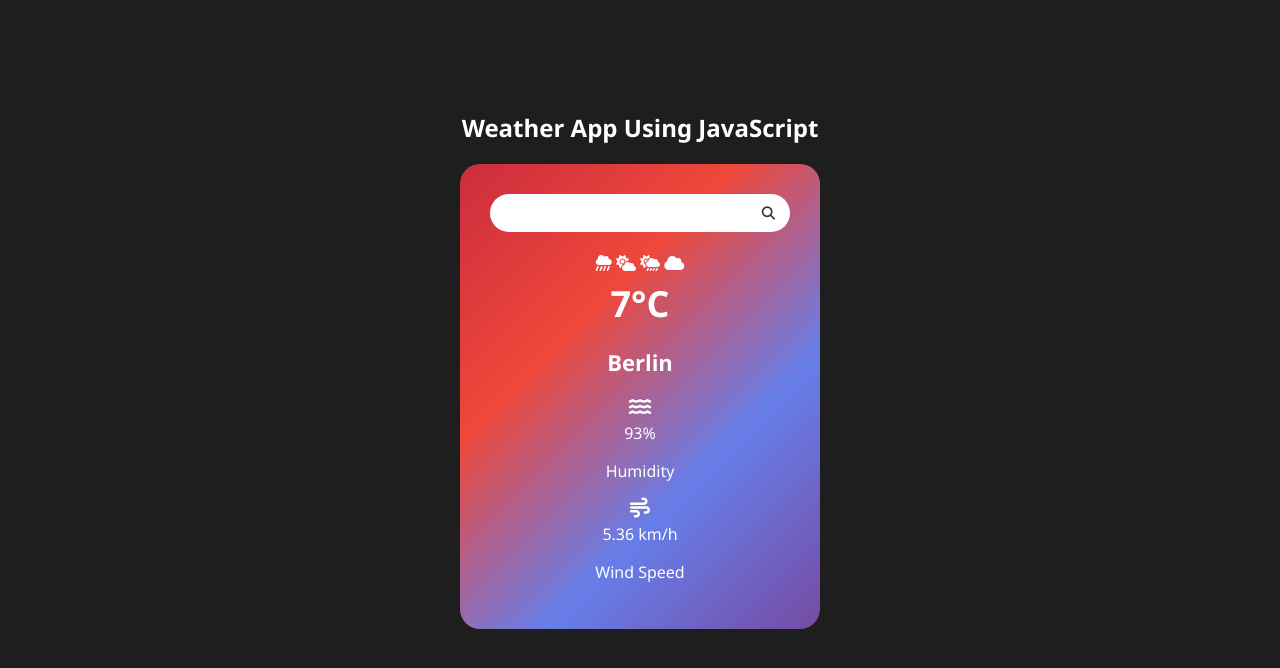
Repository: Femi007-gh/Forcast
Page: index.html
An editor plug-in stored every save of this project. The page is shown before and after the next save, followed by the edit.
The browser window is 1280 px wide. The pictures show the whole page.

Above is the page before, as saved 2025-05-07 11:29:10.
Console error (its wording comes from the project's code and is left out).

After the next save:
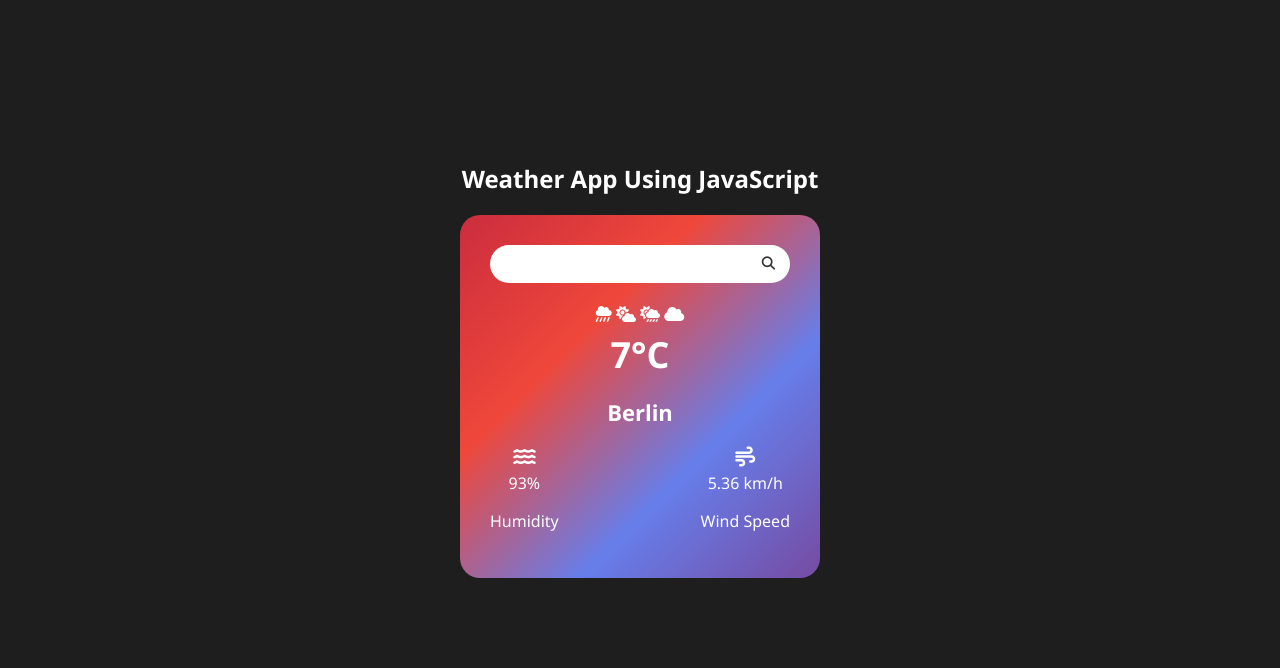
Saved 8 min 5 s later.
--- a/style.css
+++ b/style.css
@@ -63,7 +63,8 @@ body {
 }
 
 .details {
-  display: fle;
+  display: flex;
+  justify-content: space-between;
   margin-top: 20px;
 }
 
